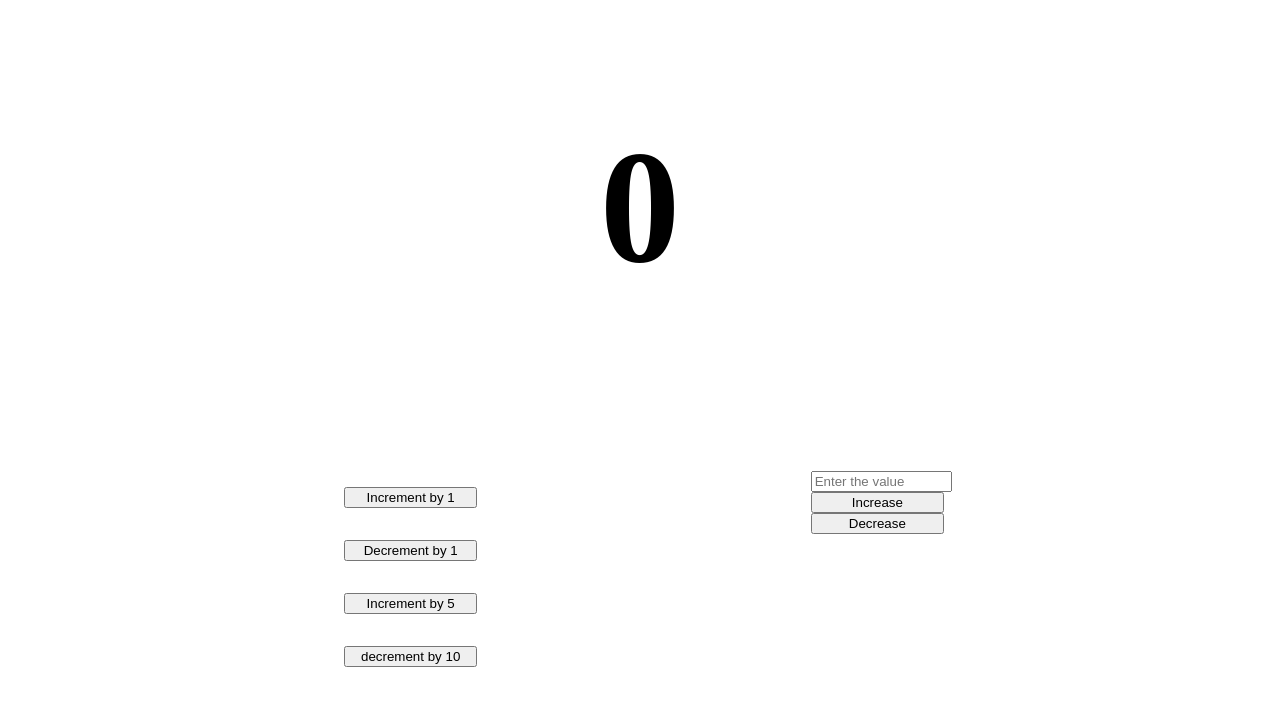
Repository: drumsmanku/micro-project-2
Page: index.html
The author's editor kept a copy of each file at every save. The page is drawn from the files as they stood at one save, then again after the next save.
The browser window is 1280 px wide. The pictures show the whole page.

Above is the page before, as saved 2023-04-07 19:43:07.

### index.html
<!DOCTYPE html>
<html lang="en">
<head>
  <meta charset="UTF-8">
  <meta http-equiv="X-UA-Compatible" content="IE=edge">
  <meta name="viewport" content="width=device-width, initial-scale=1.0">
  <link rel="stylesheet" href="style.css">
  <title>micro Project 2</title>
</head>
<body>
  <div class="my-elements">
    <h1 id="h1-tag">0</h1>
    <div class="second-part">
      <div class="second-first-part">
        <button id="clicked-1">Increment by 1</button>
        <button id="clicked-2">Decrement by 1</button>
        <button id="clicked-3">Increment by 5</button>
        <button id="clicked-4">decrement by 10</button>
      </div>
      <div class="second-second-part">
        <input type="number" name="num" id="num" placeholder="Enter the value">
        <button id="inc-dec-1">Increase</button>
        <button id="inc-dec-2">Decrease</button>
      </div>

    </div>
  </div>
</body>
</html>

### style.css
.my-elements{
  display: flex;
  justify-content: center;
  text-align: center;
  flex-direction: column;
}
.my-elements h1{
  font-size: 10rem;
}

.second-part{
  display: flex;

  flex-wrap: wrap;
  margin-top: 4rem;
  justify-content: space-between;
}

.second-first-part{
  display: flex;
  flex-direction: column;
  margin-left: 20rem;

}

.second-first-part button{
  width: 10em;
  margin: 1rem;
}

.second-second-part{
  display: flex;
  flex-direction: column;
  margin-right: 20rem;
}

.second-second-part button,input{
  width: 10em;
}

After the next save:
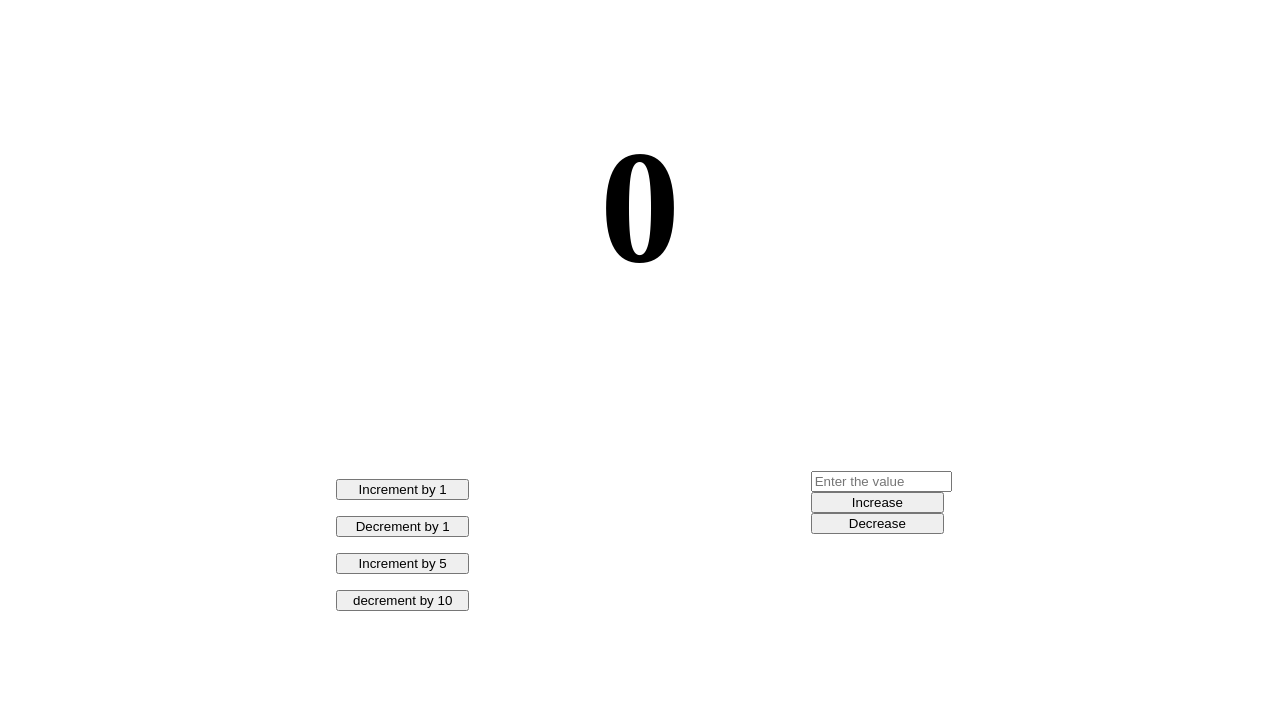
Saved 8 s later.
--- a/style.css
+++ b/style.css
@@ -25,7 +25,7 @@
 
 .second-first-part button{
   width: 10em;
-  margin: 1rem;
+  margin: 0.5rem;
 }
 
 .second-second-part{
